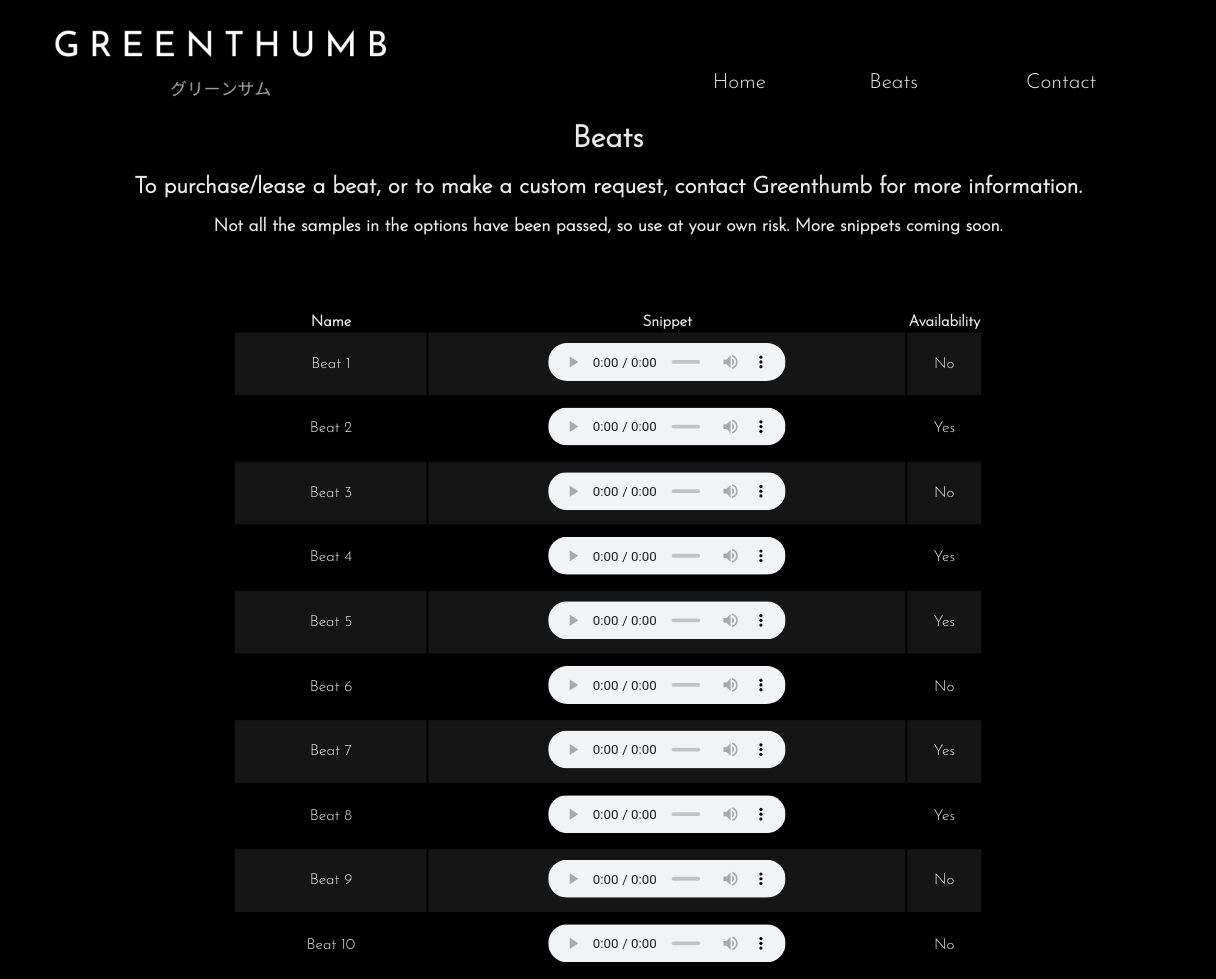
Repository: shayanabedi98/Greenthumb
Page: beats.html
These files come from the project's save history. The page is drawn as it stood at one moment and after the next save; the edit follows.
The browser window is 1280 px wide. The pictures show the whole page, at 95% of full size.

Above is the page before, as saved 2023-08-17 16:52:26.

### beats.html
<!DOCTYPE html>
<html lang="en">
<head>
    <meta charset="UTF-8">
    <meta name="viewport" content="width=device-width, initial-scale=1.0">
    <title>Beats</title>
    <link rel="stylesheet" href="styles.css">
    <link href="https://fonts.googleapis.com/css2?family=Josefin+Sans:wght@300&display=swap" rel="stylesheet">
</head>
<body>
    <div class="header">
        <header>
            <nav>
                <a href="index.html"><img src="resources/logo.png" alt="Greenthumb Logo"></a>
                <ul>
                    <li><a href="index.html">Home</a></li>
                    <li><a href="beats.html">Beats</a></li>
                    <li><a href="contact.html">Contact</a></li>
                </ul>
            </nav>
        </header>
    </div>
    <div class="beats">
        <h1>Beats</h1>
        <h2>To purchase/lease a beat, or to make a custom request, contact Greenthumb for more information.</h2>
        <h3>Not all the samples in the options have been passed, so use at your own risk. More snippets coming soon.</h3>
        <table align="center">
            <tr>
                <th>Name</th>
                <th>Snippet</th>
                <th>Availability</th>
            </tr>
            <tr bgcolor="15, 15, 15">
                <td width="200">Beat 1</td>
                <td width="500"><audio controlsList="nodownload" controls src="resources/audio/Beat 1.mp3"></audio></td>
                <td>No</td>
            </tr>
            <tr>
                <td width="200">Beat 2</td>
                <td width="500"><audio controlsList="nodownload" controls src="resources/audio/Beat 2.mp3"></audio></td>
                <td>Yes</td>
            </tr>
            <tr bgcolor="15, 15, 15">
                <td width="200">Beat 3</td>
                <td width="500"><audio controlsList="nodownload" controls src="resources/audio/Beat 3.mp3"></audio></td>
                <td>No</td>
            </tr>
            <tr>
                <td width="200">Beat 4</td>
                <td width="500"><audio controlsList="nodownload" controls src="resources/audio/Beat 4.mp3"></audio></td>
                <td>Yes</td>
            </tr>
            <tr bgcolor="15, 15, 15">
                <td width="200">Beat 5</td>
                <td width="500"><audio controlsList="nodownload" controls src="resources/audio/Beat 5.mp3"></audio></td>
                <td>Yes</td>
            </tr>
            <tr>
                <td width="200">Beat 6</td>
                <td width="500"><audio controlsList="nodownload" controls src="resources/audio/Beat 6.mp3"></audio></td>
                <td>No</td>
            </tr>
            <tr bgcolor="15, 15, 15">
                <td width="200">Beat 7</td>
                <td width="500"><audio controlsList="nodownload" controls src="resources/audio/Beat 7.mp3"></audio></td>
                <td>Yes</td>
            </tr>
            <tr>
                <td width="200">Beat 8</td>
                <td width="500"><audio controlsList="nodownload" controls src="resources/audio/Beat 8.mp3"></audio></td>
                <td>Yes</td>
            </tr>
            <tr bgcolor="15, 15, 15">
                <td width="200">Beat 9</td>
                <td width="500"><audio controlsList="nodownload" controls src="resources/audio/Beat 9.mp3"></audio></td>
                <td>No</td>
            </tr>
            <tr>
                <td width="200">Beat 10</td>
                <td width="500"><audio controlsList="nodownload" controls src="resources/audio/Beat 10.mp3"></audio></td>
                <td>No</td>
            </tr>
        </table>
    </div>
</body>
</html>

### styles.css
/* All pages */

body {
    margin: 0;
    padding: 0;
    background-color: black;
    color: rgb(233, 233, 233);
    font-family: 'Josefin Sans', sans-serif;
}

nav {
    height: 110px;
}

nav img {
    height: 100px;
    position: absolute;
    transform: translateY(-10px);
}

nav ul {
    list-style: none;
    text-align: right;
    transform: translate(-100px, 0px);
}

nav li {
    display: inline-block;
    text-align: center;
    margin: 0 20px;
}

nav a {
    text-decoration: none;
    width: 40px;
    display: block;
    padding: 20px;
    margin: 0 20px;
    font-size: 22px;
    color: rgb(233, 233, 233);
}

nav a:hover {
    color: rgb(150, 150, 150) !important;
    transition: 0.2s;
    text-decoration: underline;
}

nav a:visited {
    text-decoration: none;
    color: rgb(233, 233, 233);
}

footer nav ul {
    text-align: center;
    transform: translateY(0);
}

/* Home page */

.banner {
    text-align: center;
    width: 100%;
    height: 600px;
}

.banner video {
    object-fit: cover;
    object-position: 50% 100%;
    height: 600px;
    width: 100%;
    opacity: 80%;
}

.banner-content {
    transform: translateY(-410px);
    width: 70%;
    margin: auto;
}

.banner-content h1:hover{
    font-size: 50px;
    color: rgb(179, 179, 179);
    transition: 2s;
}

.banner-content h1:not(:hover) {
    transition: 1s;
}

.banner-content h1 {
    font-size: 46px;
    opacity: 90%;
}

.banner-content h2 {
    font-size: 30px;
    opacity: 90%;
}

.container {
    text-align: center;
    background-color: rgb(0, 0, 0);
    padding: 25px 0 60px 0;
}

.card {
    text-align: center;
    display: inline-block;
    background-color: rgb(19, 19, 19);
    border-radius: 5px;
    width: 350px;
    padding-top: 15px;
    height: 380px;
    margin: 0 20px;
    border: 2px solid rgb(19, 19, 19);
    box-shadow: 0 0 3px 0 rgb(82, 82, 82);
}

.container h3 {
    font-size: 32px;
}

.card img {
    height: 300px;
    width: 300px;
}

.card:hover {
    border: 2px solid rgba(85, 85, 85, 0.5);
    background-color: black;
    transition: ease-in-out 0.6s;
}

.card:not(:hover) {
    transition: ease-in-out 0.3s;
}

.listen {
    text-align: center;
    background-color: rgb(22, 22, 22);
}

.listen h5 {
    font-size: 30px;
}

.listen-video {
    display: inline-block;
    width: 49%;
    height: 70%;
    vertical-align: top;
    margin: 50px auto;
}

.listen-video video {
    width: 40%;
    height: 100%;
    box-shadow: 0 0 10px 0 black;
}

.listen-video video:hover {
    box-shadow: 0 0 20px 0 rgb(59, 59, 59);
    border-radius: 50%;
    transition: 1s;
}

.listen-video video:not(:hover) {
    transition: 1s;
}

.listen-content {
    display: inline-block;
    width: 50%;
    text-align: center;
    vertical-align: top;
    margin: 50px auto;
}

.listen-content img {
    height: 100px;
    display: block;
}

.listen-content h5 {
    margin-top: 0;
}

.listen-content p {
    font-size: 26px;
    width: 80%;
    margin-left: 10%;
    line-height: 30px;
}

#spotify {
    height: 100px;
    display: inline-block;
    transform: translateY(16px);
}

#apple {
    height: 70px;
    display: inline-block;
}

.song-link {
    margin: 0 20px;
}

/* Beats page */
.beats {
    text-align: center;
}

.beats h3 {
    margin-bottom: 80px;
}

audio {
    height: 40px;
    padding: 10px;
    width: 250px;
}
/* Contact page */

After the next save:
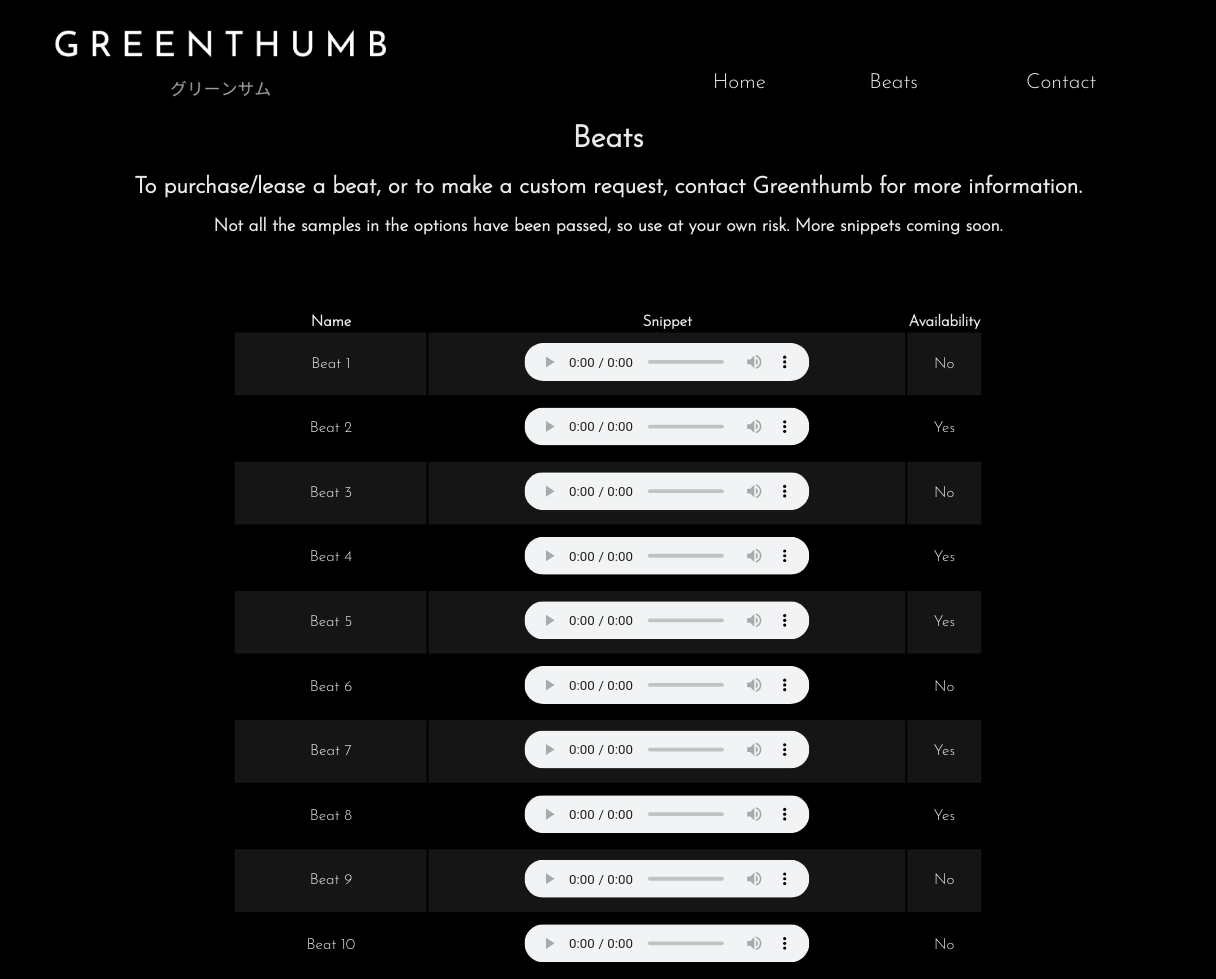
Saved 6 s later.
--- a/styles.css
+++ b/styles.css
@@ -220,6 +220,5 @@ footer nav ul {
 audio {
     height: 40px;
     padding: 10px;
-    width: 250px;
 }
 /* Contact page */
